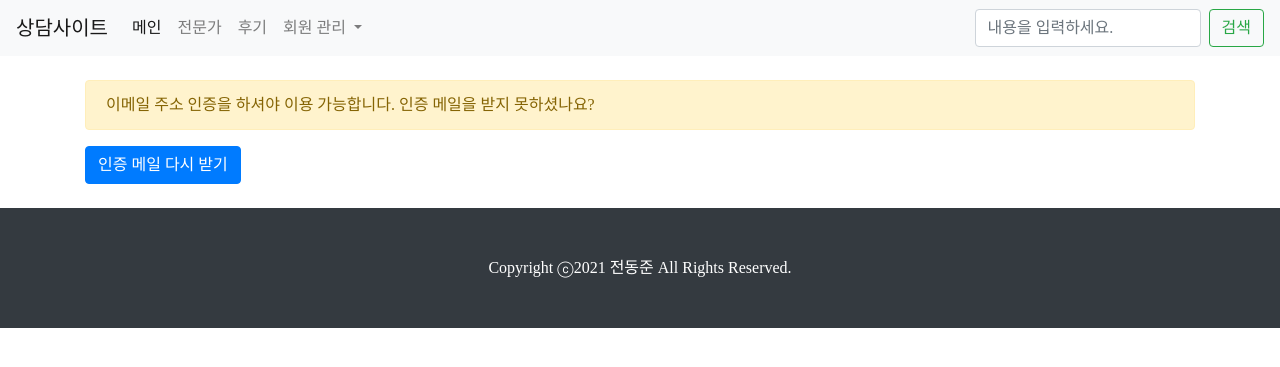
Repository: JeonDongJoon/Inha2-2
Page: http://localhost/Expert/emailSendConfirm.jsp
The author's editor kept a copy of each file at every save. The page is drawn from the files as they stood at one save, then again after the next save.
The browser window is 1280 px wide. The pictures show the whole page.
Some web fonts or font styles are not loaded; a fallback is used. The page is served by Tomcat 9. Other server files are loaded and not shown.

Above is the page before, as saved 2021-12-06 12:29:10.

### Expert/WebContent/emailSendConfirm.jsp
<%@ page language="java" contentType="text/html; charset=UTF-8" pageEncoding="UTF-8"%>

<!doctype html>

<html>

  <head>

    <title>전문가 Expert 사이트</title>

    <meta charset="utf-8">

    <meta name="viewport" content="width=device-width, initial-scale=1, shrink-to-fit=no">

    <!-- 부트스트랩 CSS 추가하기 -->

    <link rel="stylesheet" href="./css/bootstrap.min.css">

    <!-- 커스텀 CSS 추가하기 -->

    <link rel="stylesheet" href="./css/custom.css">

  </head>

  <body>

    <nav class="navbar navbar-expand-lg navbar-light bg-light">

      <a class="navbar-brand" href="index.jsp">상담사이트</a>

      <button class="navbar-toggler" type="button" data-toggle="collapse" data-target="#navbar">

        <span class="navbar-toggler-icon"></span>

      </button>

      <div class="collapse navbar-collapse" id="navbar">

        <ul class="navbar-nav mr-auto">

          <li class="nav-item active">

            <a class="nav-link" href="index.jsp">메인</a>

          </li>
          <li class="nav-item">
            <a class="nav-link" href="profile.jsp">전문가</a>
          </li>
           <li class="nav-item">

            <a class="nav-link" href="review.jsp">후기</a>
          </li>

          <li class="nav-item dropdown">

            <a class="nav-link dropdown-toggle" id="dropdown" data-toggle="dropdown">

              회원 관리

            </a>

            <div class="dropdown-menu" aria-labelledby="dropdown">

              <a class="dropdown-item" href="userLogout.jsp">로그아웃</a>

            </div>

          </li>

        </ul>

        <form action="./index.jsp" method="get" class="form-inline my-2 my-lg-0">

          <input type="text" name="search" class="form-control mr-sm-2" placeholder="내용을 입력하세요.">

          <button class="btn btn-outline-success my-2 my-sm-0" type="submit">검색</button>

        </form>

      </div>

    </nav>

	<div class="container">

	    <div class="alert alert-warning mt-4" role="alert">

		  이메일 주소 인증을 하셔야 이용 가능합니다. 인증 메일을 받지 못하셨나요?

		</div>

		<a href="emailSendAction.jsp" class="btn btn-primary">인증 메일 다시 받기</a>

    </div>

    <footer class="bg-dark mt-4 p-5 text-center" style="color: #FFFFFF;">

      Copyright ⓒ2021 전동준 All Rights Reserved.

    </footer>

    <!-- 제이쿼리 자바스크립트 추가하기 -->

    <script src="./js/jquery.min.js"></script>

    <!-- Popper 자바스크립트 추가하기 -->

    <script src="./js/popper.min.js"></script>

    <!-- 부트스트랩 자바스크립트 추가하기 -->

    <script src="./js/bootstrap.min.js"></script>

  </body>

</html>

### Expert/WebContent/css/custom.css
@import url(https://fonts.googleapis.com/earlyaccess/jejugothic.css);
@import url(https://fonts.googleapis.com/earlyaccess/hanna.css);
.navar-brand, h1, h2, h3, h4{
	font-family: 'jeju Gothic';
}

h5 {

	font-family: 'jeju Gothic';
	font-size: 18px;

}
body {

	font-family: 'hanna';

}

Loaded but not shown: Expert/WebContent/css/bootstrap.min.css (library); Expert/WebContent/js/jquery.min.js (library); Expert/WebContent/js/bootstrap.min.js (library)

After the next save:
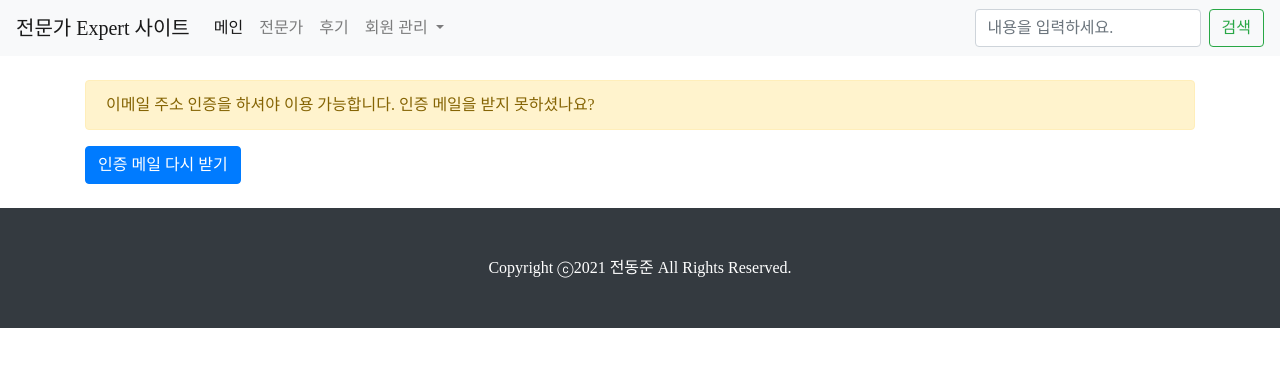
Saved 16 s later.
--- a/Expert/WebContent/emailSendConfirm.jsp
+++ b/Expert/WebContent/emailSendConfirm.jsp
@@ -26,7 +26,7 @@
 
     <nav class="navbar navbar-expand-lg navbar-light bg-light">
 
-      <a class="navbar-brand" href="index.jsp">상담사이트</a>
+      <a class="navbar-brand" href="index.jsp">전문가 Expert 사이트</a>
 
       <button class="navbar-toggler" type="button" data-toggle="collapse" data-target="#navbar">
 
